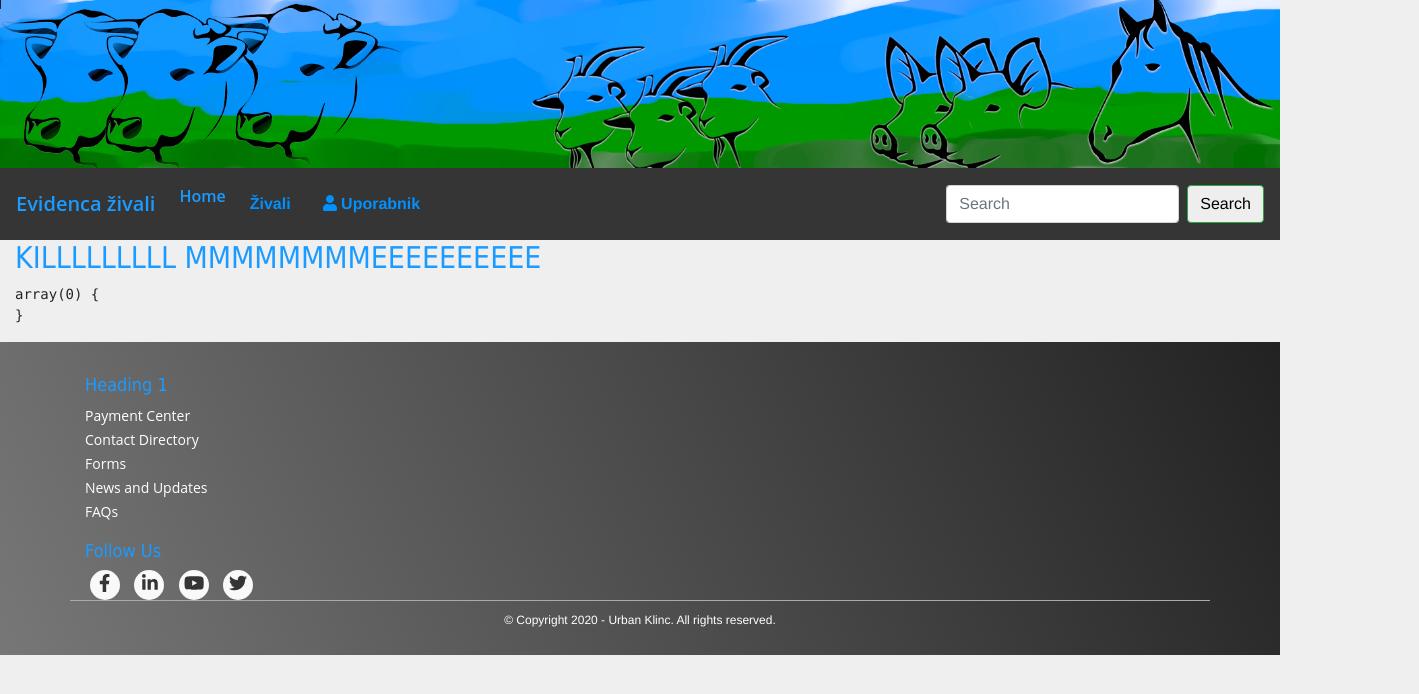
Repository: UrbyK/evidenca
Page: http://localhost/
These files come from the project's save history. The page is drawn as it stood at one moment and after the next save; the edit follows.
The browser window is 1280 px wide. The page is 1280 px wide, then 1419 px, so the pictures cover 1419 px, including what lies to the right of the window. The pictures show the whole page.
Some web fonts or font styles are not loaded; a fallback is used. Some web libraries are served in a nearby version. The page is run by PHP 8.4 with error messages shown; the project is at /var/www/html/.

Above is the page before, as saved 2020-06-08 22:55:04.

After the next save:
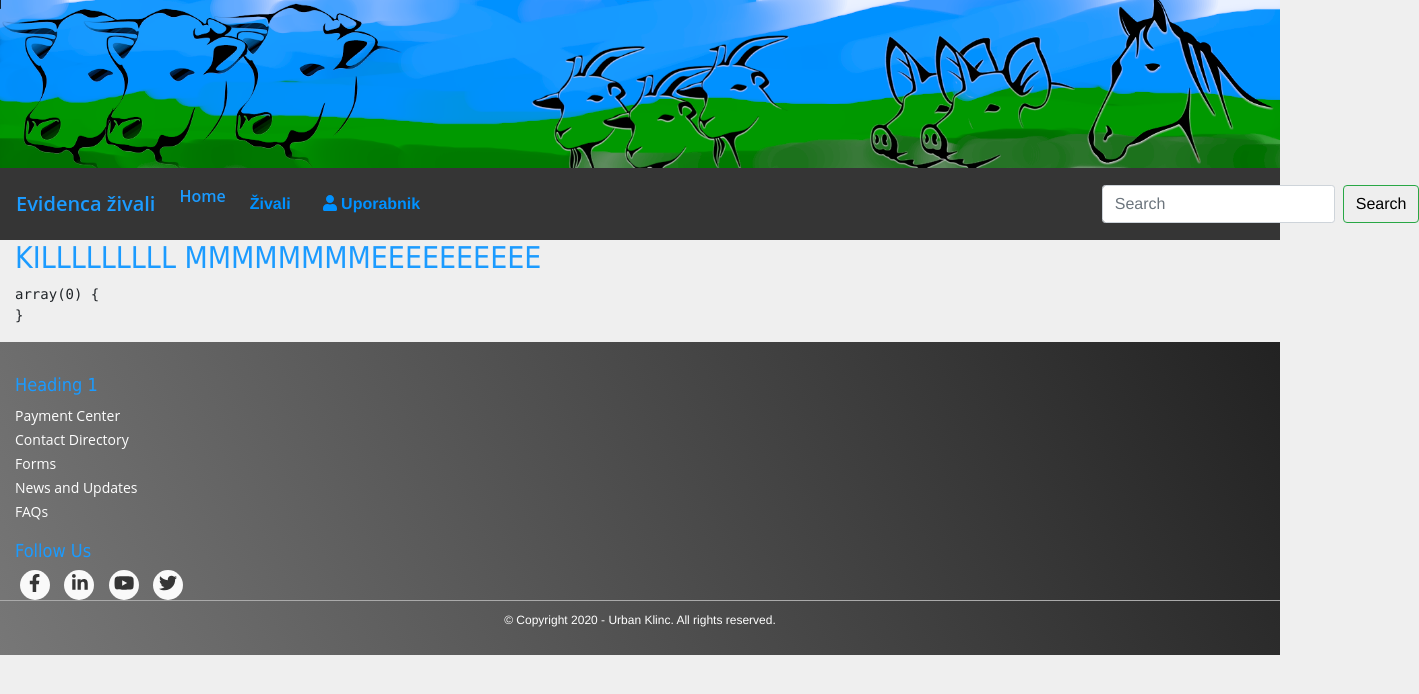
Saved 27 s later.
--- a/css/style.css
+++ b/css/style.css
@@ -486,19 +486,17 @@ input{
 }
 
 /* ANIMAL SHOW */
-.row div{
-
+div{
     min-width: 100%;
 }
-.row table,
-.row table td,
-.row table th{
+table,table td,
+ table th{
     margin: 15px auto 0 auto;
     border: 2px solid #353535;
     box-shadow: 0 0 0 3px hsl(0, 0%, 70%);
     min-width: 150px;
 }
 
-.row table td{
+ table td{
     min-width: 100px;
 }
